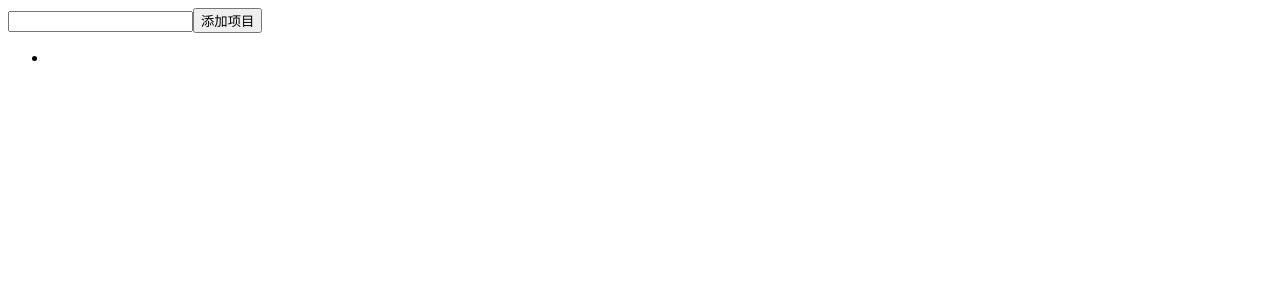
Repository: ArtemisWang/todolistProject
Page: /
The author's editor kept a copy of each file at every save. The page is drawn from the files as they stood at one save, then again after the next save.
The browser window is 1280 px wide. The pictures show the whole page.
The project was rebuilt for these pictures with package versions that can differ from the ones it lists, and the page was loaded fresh each time.

Above is the page before, as saved 2020-02-28 20:42:09.

### src/App.js
import React from 'react';
const App=function(){

    return (
    <div className='app'>
        <div className='input'>
            <input/>
            <button>添加项目</button>
        </div>
        <div className='u-list'>
            <ul>
                <li></li>
            </ul>
        </div>
    </div>)
}

export default App

Loaded but not shown: public/index.html (common file); src/index.js (common file)

After the next save:
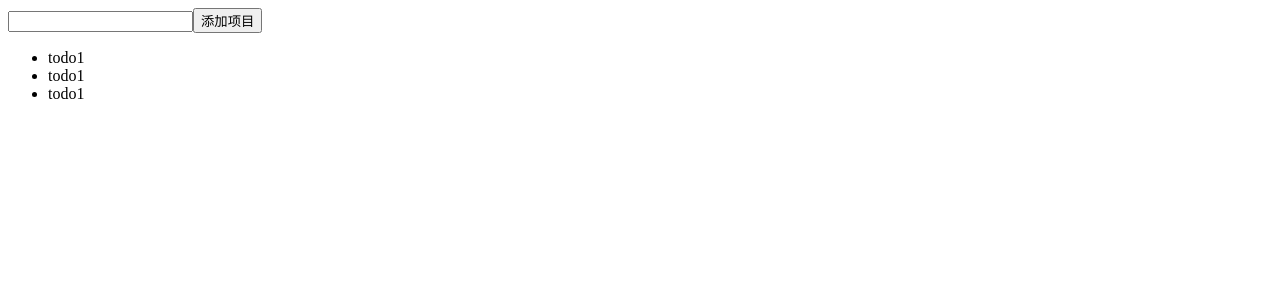
Saved 23 s later.
--- a/src/App.js
+++ b/src/App.js
@@ -9,7 +9,9 @@ const App=function(){
         </div>
         <div className='u-list'>
             <ul>
-                <li></li>
+                <li>todo1</li>
+                <li>todo1</li>
+                <li>todo1</li>
             </ul>
         </div>
     </div>)
